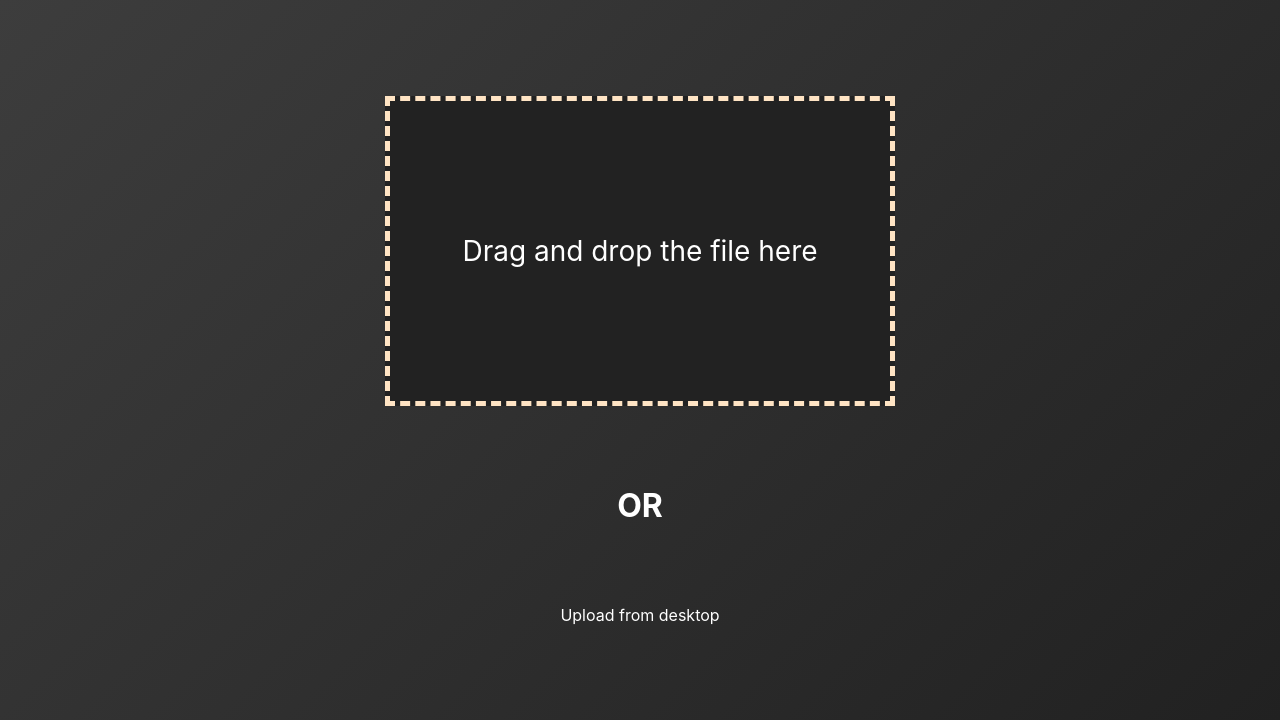
Repository: RXBVK/rt-map
Page: /
These files come from the project's save history. The page is drawn as it stood at one moment and after the next save; the edit follows.
The browser window is 1280 px wide. The pictures show the whole page.
The project was rebuilt for these pictures with package versions that can differ from the ones it lists, and the page was loaded fresh each time.

Above is the page before, as saved 2021-07-21 13:36:36.

### src/styles/index.css
* {
  margin: 0;
}
body {
  font-family: -apple-system, BlinkMacSystemFont, "Roboto", sans-serif;
  -webkit-font-smoothing: antialiased;
  -moz-osx-font-smoothing: grayscale;
  color: white;
}

::selection {
  background-color: bisque;
  color: black;
}

code {
  font-family: source-code-pro, Menlo, Monaco, Consolas, "Courier New",
    monospace;
}

### src/App.js
import CsvUploader from "./components/CsvUploader/CsvUploader";
import "./styles/app.css";

function App() {
  return (
    <div className="main__container">
      <CsvUploader />
    </div>
  );
}

export default App;

### src/components/CsvUploader/CsvUploader.js
import React from "react";
import "./styles/csv-uploader.css";

export default function CsvUploader() {
  return (
    <div className="csv-uploader__container">
      <div className="csv-uploader__dropzone">Drag and drop the file here</div>
      <h1>OR</h1>
      <label for="csv-uploader__input" className="csv-uploader__label">
        Upload from desktop
      </label>
      <input type="file" name="photo" id="csv-uploader__input" />
    </div>
  );
}

### src/styles/app.css
.main__container {
  min-height: 100vh;
  width: 100%;
  background: linear-gradient(135deg, #3d3d3d, #212121);
  display: -webkit-box;
  display: -ms-flexbox;
  display: flex;
  -webkit-box-orient: vertical;
  -webkit-box-direction: normal;
      -ms-flex-direction: column;
          flex-direction: column;
  -webkit-box-align: center;
      -ms-flex-align: center;
          align-items: center;
  text-align: center;
  -webkit-box-pack: center;
      -ms-flex-pack: center;
          justify-content: center;
}

.main__container > * {
  -webkit-animation: fadein 800ms;
          animation: fadein 800ms;
}

.button--primary {
  cursor: pointer;
  width: 200px;
  height: 45px;
  background-color: bisque;
  color: black;
  border-radius: 8px;
  font-weight: 700;
  font-size: 16px;
  -webkit-transition: all 200ms ease-out;
  transition: all 200ms ease-out;
}

.button--primary:hover {
  -webkit-filter: brightness(0.8);
          filter: brightness(0.8);
}

@-webkit-keyframes fadein {
  0% {
    opacity: 0;
  }
  100% {
    opacity: 1;
  }
}

@keyframes fadein {
  0% {
    opacity: 0;
  }
  100% {
    opacity: 1;
  }
}
/*# sourceMappingURL=app.css.map */

### src/components/CsvUploader/styles/csv-uploader.css
.csv-uploader__container {
  display: -webkit-box;
  display: -ms-flexbox;
  display: flex;
  -webkit-box-orient: vertical;
  -webkit-box-direction: normal;
      -ms-flex-direction: column;
          flex-direction: column;
  -webkit-box-align: center;
      -ms-flex-align: center;
          align-items: center;
  -webkit-box-pack: center;
      -ms-flex-pack: center;
          justify-content: center;
}

.csv-uploader__container > * {
  margin: 40px 0;
}

.csv-uploader__container .csv-uploader__dropzone {
  cursor: pointer;
  -webkit-box-align: center;
      -ms-flex-align: center;
          align-items: center;
  -webkit-box-pack: center;
      -ms-flex-pack: center;
          justify-content: center;
  width: 500px;
  height: 300px;
  border: 5px dashed bisque;
  font-size: 28px;
  background-color: #222222;
}

.csv-uploader__container .csv-uploader__label {
  display: -webkit-box;
  display: -ms-flexbox;
  display: flex;
  -webkit-box-align: center;
      -ms-flex-align: center;
          align-items: center;
  -webkit-box-pack: center;
      -ms-flex-pack: center;
          justify-content: center;
  margin-left: auto;
  margin-right: auto;
}

.csv-uploader__container #csv-uploader__input {
  opacity: 0;
  position: absolute;
}

@media (max-width: 600px) {
  .csv-uploader__or,
  .csv-uploader__dropzone {
    display: none;
  }
}

@media (min-width: 601px) {
  .csv-uploader__or {
    display: block;
  }
  .csv-uploader__dropzone {
    display: -webkit-box;
    display: -ms-flexbox;
    display: flex;
  }
}
/*# sourceMappingURL=csv-uploader.css.map */

Loaded but not shown: public/index.html (common file); src/index.js (common file); src/reportWebVitals.js (common file)

After the next save:
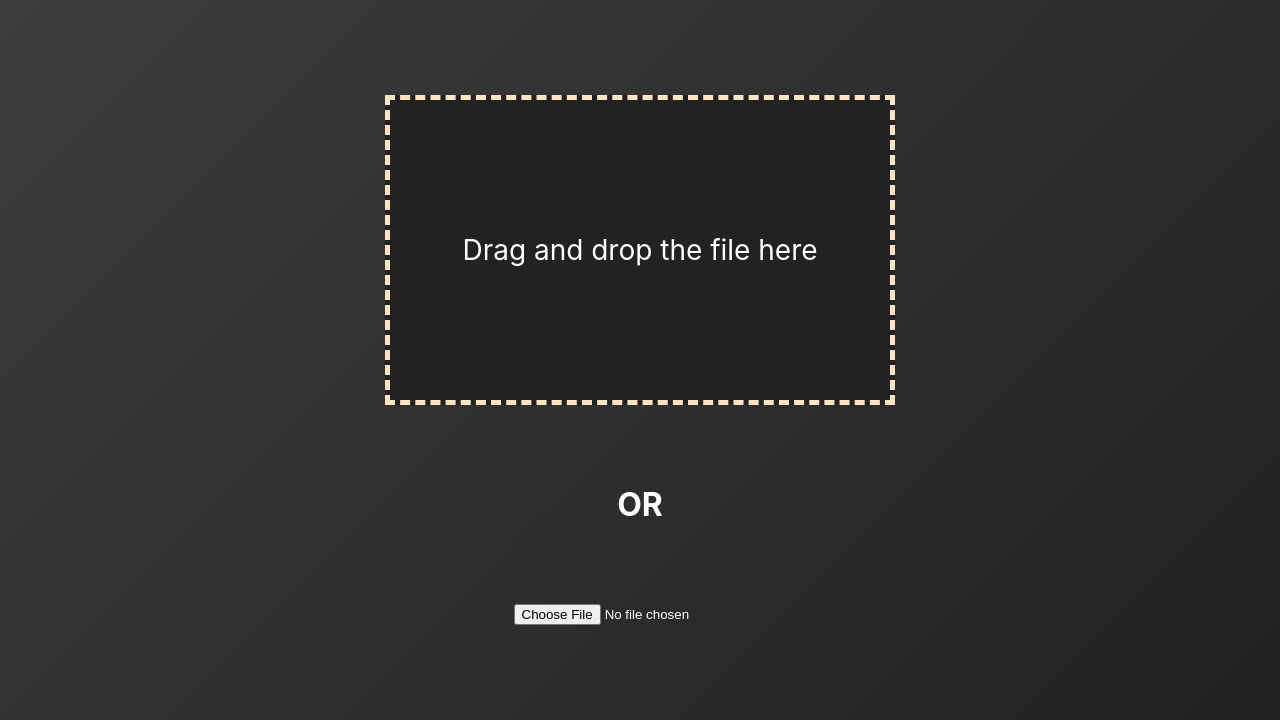
Saved 3 min 11 s later.
--- a/src/components/CsvUploader/CsvUploader.js
+++ b/src/components/CsvUploader/CsvUploader.js
@@ -6,10 +6,11 @@ export default function CsvUploader() {
     <div className="csv-uploader__container">
       <div className="csv-uploader__dropzone">Drag and drop the file here</div>
       <h1>OR</h1>
-      <label for="csv-uploader__input" className="csv-uploader__label">
+      {/* <label for="csv-uploader__input" className="csv-uploader__label">
         Upload from desktop
       </label>
-      <input type="file" name="photo" id="csv-uploader__input" />
+      <input type="file" id="csv-uploader__input" /> */}
+      <input type="file" />
     </div>
   );
 }
